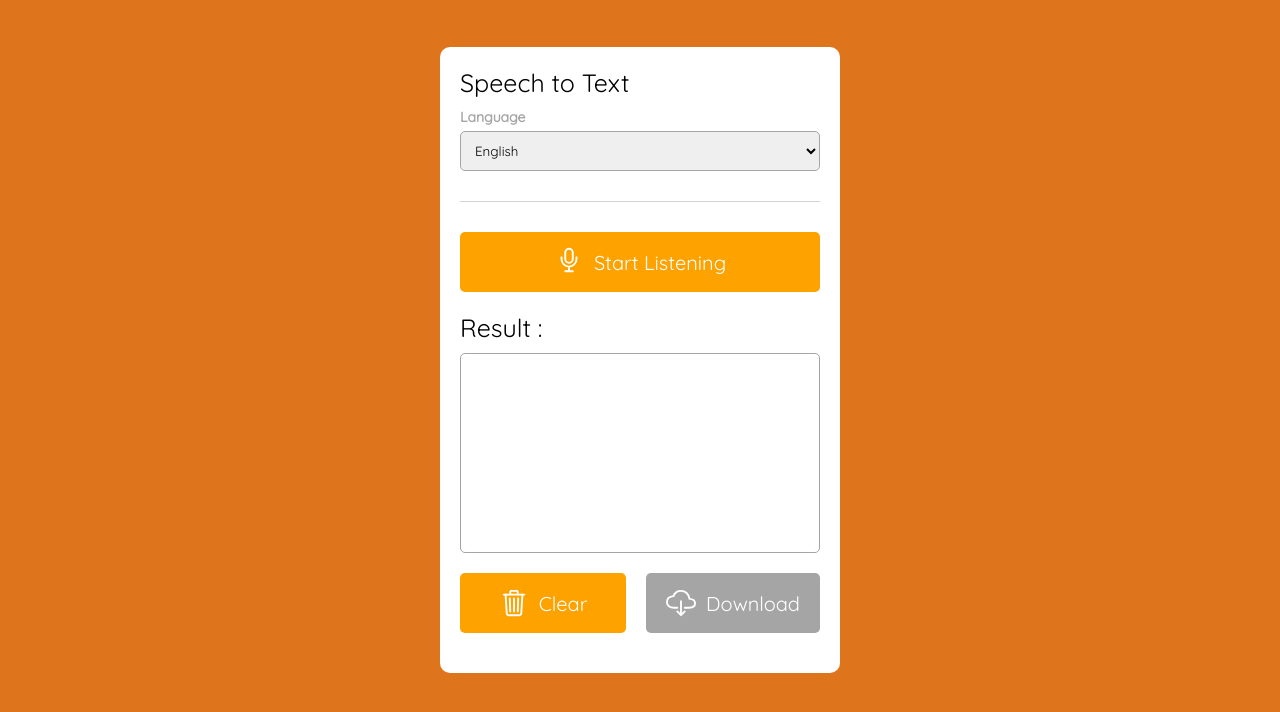
Repository: tsthuy/SpeechToText
Page: index.html
These files come from the project's save history. The page is drawn as it stood at one moment and after the next save; the edit follows.
The browser window is 1280 px wide. The pictures show the whole page.

Above is the page before, as saved 2023-08-28 03:18:01.

### index.html
<!DOCTYPE html>
<html lang="en">
  <head>
    <meta charset="UTF-8" />
    <meta http-equiv="X-UA-Compatible" content="IE=edge" />
    <meta name="viewport" content="width=device-width, initial-scale=1.0" />
    <link href="./images/text-to-speech.png" rel="shortcut icon" type="image/vnd.microsoft.icon" />
    <link rel="stylesheet" href="style.css" />
    <link href='https://fonts.googleapis.com/css?family=Quicksand' rel='stylesheet'>
    <title>Speech to Text</title>
  </head>
  <body>
    <div class="container">
      <p class="heading">Speech to Text</p>
      <div class="options">
        <div class="anguage">
          <p>Language</p>
          <select name="input-language" id="language"></select>
        </div>
      </div>
      <div class="line"></div>
      <button class="btn record">
        <div class="icon">
          <ion-icon name="mic-outline"></ion-icon>
          <img src="record.svg" alt="" />
        </div>
        <p>Start Listening</p>
      </button>
      <p class="heading">Result :</p>
      <div
        class="result"
        spellcheck="false"
        placeholder="Text will be shown here"
      >
        <p class="interim"></p>
      </div>
      <div class="buttons">
        <button class="btn clear">
          <ion-icon name="trash-outline"></ion-icon>
          <p>Clear</p>
        </button>
        <button class="btn download" disabled>
          <ion-icon name="cloud-download-outline"></ion-icon>
          <p>Download</p>
        </button>
      </div>
    </div>

    <!-- IONICONS -->
    <script
      type="module"
      src="https://unpkg.com/ionicons@5.5.2/dist/ionicons/ionicons.esm.js"
    ></script>
    <script
      nomodule
      src="https://unpkg.com/ionicons@5.5.2/dist/ionicons/ionicons.js"
    ></script>

    <!-- LANGUAGES -->
    <script src="languages.js"></script>

    <!-- SCRIPT -->
    <script src="script.js"></script>
  </body>
</html>

### style.css

:root {
  --primary-color: #FEA200;
  --bg-color: #fff;
  --text-color: #000;
  --light-text-color: #a5a5a5;
  --body-bg-color: #DE741C;
}
* {
  margin: 0;
  padding: 0;
  box-sizing: border-box;
  font-family: "Quicksand", sans-serif;
}
body {
  min-height: 100vh;
  display: flex;
  align-items: center;
  justify-content: center;
  background-color: var(--body-bg-color);
  color: var(--text-color);
}
.container {
  width: 400px;
  padding: 20px;
  border-radius: 10px;
  background-color: var(--bg-color);
}
.container .heading {
  font-size: 25px;
  font-weight: 500;
  margin-bottom: 10px;
}
.container .options select {
  width: 100%;
  padding: 10px;
  border: 1px solid var(--light-text-color);
  border-radius: 5px;
  outline: none;
}
.container .options div:not(:last-child) select {
  margin-bottom: 20px;
}

.container .options p {
  font-size: 14px;
  font-weight: 600;
  margin-bottom: 5px;
  color: var(--light-text-color);
}
.container .line {
  position: relative;
  width: 100%;
  height: 1px;
  background-color: var(--light-text-color);
  opacity: 0.5;
  margin: 30px 0;
}
.btn {
  display: flex;
  align-items: center;
  justify-content: center;
  gap: 10px;
  margin-bottom: 20px;
  height: 60px;
  padding: 20px;
  width: 100%;
  outline: none;
  border: none;
  border-radius: 5px;
  font-size: 20px;
  font-weight: 500;
  cursor: pointer;
  color: #fff;
  background-color: var(--primary-color);
}
.btn ion-icon {
  font-size: 30px;
}
.btn:disabled {
  background-color: var(--light-text-color);
  cursor: not-allowed;
}
.container .record img {
  width: 30px;
  height: 30px;
  display: none;
}
.container .record.recording img {
  display: block;
}
.container .record.recording ion-icon {
  display: none;
}
.container .result {
  width: 100%;
  min-height: 200px;
  padding: 10px;
  border: 1px solid var(--light-text-color);
  border-radius: 5px;
  font-size: 18px;
  font-weight: 500;
  margin-bottom: 20px;
  color: var(--text-color);
}
.container .result p {
  display: inline;
  margin-left: 3px;
  color: var(--light-text-color);
}
.buttons {
  display: flex;
  gap: 20px;
}

### languages.js
const languages = [
  {
    no: "16",
    name: "English",
    native: "English",
    code: "en",
  },
  {
    no: "1",
    name: "Afrikaans",
    native: "Afrikaans",
    code: "af",
  },
  {
    no: "2",
    name: "Albanian",
    native: "Shqip",
    code: "sq",
  },
  {
    no: "3",
    name: "Arabic",
    native: "عربي",
    code: "ar",
  },
  {
    no: "4",
    name: "Armenian",
    native: "Հայերէն",
    code: "hy",
  },
  {
    no: "5",
    name: "Azerbaijani",
    native: "آذربایجان دیلی",
    code: "az",
  },
  {
    no: "6",
    name: "Basque",
    native: "Euskara",
    code: "eu",
  },
  {
    no: "7",
    name: "Belarusian",
    native: "Беларуская",
    code: "be",
  },
  {
    no: "8",
    name: "Bulgarian",
    native: "Български",
    code: "bg",
  },
  {
    no: "9",
    name: "Catalan",
    native: "Català",
    code: "ca",
  },
  {
    no: "10",
    name: "Chinese (Simplified)",
    native: "中文简体",
    code: "zh-CN",
  },
  {
    no: "11",
    name: "Chinese (Traditional)",
    native: "中文繁體",
    code: "zh-TW",
  },
  {
    no: "12",
    name: "Croatian",
    native: "Hrvatski",
    code: "hr",
  },
  {
    no: "13",
    name: "Czech",
    native: "Čeština",
    code: "cs",
  },
  {
    no: "14",
    name: "Danish",
    native: "Dansk",
    code: "da",
  },
  {
    no: "15",
    name: "Dutch",
    native: "Nederlands",
    code: "nl",
  },
  {
    no: "17",
    name: "Estonian",
    native: "Eesti keel",
    code: "et",
  },
  {
    no: "18",
    name: "Filipino",
    native: "Filipino",
    code: "tl",
  },
  {
    no: "19",
    name: "Finnish",
    native: "Suomi",
    code: "fi",
  },
  {
    no: "20",
    name: "French",
    native: "Français",
    code: "fr",
  },
  {
    no: "21",
    name: "Galician",
    native: "Galego",
    code: "gl",
  },
  {
    no: "22",
    name: "Georgian",
    native: "ქართული",
    code: "ka",
  },
  {
    no: "23",
    name: "German",
    native: "Deutsch",
    code: "de",
  },
  {
    no: "24",
    name: "Greek",
    native: "Ελληνικά",
    code: "el",
  },
  {
    no: "25",
    name: "Haitian Creole",
    native: "Kreyòl ayisyen",
    code: "ht",
  },
  {
    no: "26",
    name: "Hebrew",
    native: "עברית",
    code: "iw",
  },
  {
    no: "27",
    name: "Hindi",
    native: "हिन्दी",
    code: "hi",
  },
  {
    no: "28",
    name: "Hungarian",
    native: "Magyar",
    code: "hu",
  },
  {
    no: "29",
    name: "Icelandic",
    native: "Íslenska",
    code: "is",
  },
  {
    no: "30",
    name: "Indonesian",
    native: "Bahasa Indonesia",
    code: "id",
  },
  {
    no: "31",
    name: "Irish",
    native: "Gaeilge",
    code: "ga",
  },
  {
    no: "32",
    name: "Italian",
    native: "Italiano",
    code: "it",
  },
  {
    no: "33",
    name: "Japanese",
    native: "日本語",
    code: "ja",
  },
  {
    no: "34",
    name: "Korean",
    native: "한국어",
    code: "ko",
  },
  {
    no: "35",
    name: "Latvian",
    native: "Latviešu",
    code: "lv",
  },
  {
    no: "36",
    name: "Lithuanian",
    native: "Lietuvių kalba",
    code: "lt",
  },
  {
    no: "37",
    name: "Macedonian",
    native: "Македонски",
    code: "mk",
  },
  {
    no: "38",
    name: "Malay",
    native: "Malay",
    code: "ms",
  },
  {
    no: "39",
    name: "Maltese",
    native: "Malti",
    code: "mt",
  },
  {
    no: "40",
    name: "Norwegian",
    native: "Norsk",
    code: "no",
  },
  {
    no: "41",
    name: "Persian",
    native: "فارسی",
    code: "fa",
  },
  {
    no: "42",
    name: "Polish",
    native: "Polski",
    code: "pl",
  },
  {
    no: "43",
    name: "Portuguese",
    native: "Português",
    code: "pt",
  },
  {
    no: "44",
    name: "Romanian",
    native: "Română",
    code: "ro",
  },
  {
    no: "45",
    name: "Russian",
    native: "Русский",
    code: "ru",
  },
  {
    no: "46",
    name: "Serbian",
    native: "Српски",
    code: "sr",
  },
  {
    no: "47",
    name: "Slovak",
    native: "Slovenčina",
    code: "sk",
  },
  {
    no: "48",
    name: "Slovenian",
    native: "Slovensko",
    code: "sl",
  },
  {
    no: "49",
    name: "Spanish",
    native: "Español",
    code: "es",
  },
  {
    no: "50",
    name: "Swahili",
    native: "Kiswahili",
    code: "sw",
  },
  {
    no: "51",
    name: "Swedish",
    native: "Svenska",
    code: "sv",
  },
  {
    no: "52",
    name: "Thai",
    native: "ไทย",
    code: "th",
  },
  {
    no: "53",
    name: "Turkish",
    native: "Türkçe",
    code: "tr",
  },
  {
    no: "54",
    name: "Ukrainian",
    native: "Українська",
    code: "uk",
  },
  {
    no: "55",
    name: "Urdu",
    native: "اردو",
    code: "ur",
  },
  {
    no: "56",
    name: "Vietnamese",
    native: "Tiếng Việt",
    code: "vi",
  },
  {
    no: "57",
    name: "Welsh",
    native: "Cymraeg",
    code: "cy",
  },
  {
    no: "58",
    name: "Yiddish",
    native: "ייִדיש",
    code: "yi",
  },
];

### script.js
const recordBtn = document.querySelector(".record"),
  result = document.querySelector(".result"),
  downloadBtn = document.querySelector(".download"),
  inputLanguage = document.querySelector("#language"),
  clearBtn = document.querySelector(".clear");

let SpeechRecognition =
    window.SpeechRecognition || window.webkitSpeechRecognition,
  recognition,
  recording = false;

function populateLanguages() {
  languages.forEach((lang) => {
    const option = document.createElement("option");
    option.value = lang.code;
    option.innerHTML = lang.name;
    inputLanguage.appendChild(option);
  });
}

populateLanguages();

function speechToText() {
  try {
    recognition = new SpeechRecognition();
    recognition.lang = inputLanguage.value;
    recognition.interimResults = true;
    recordBtn.classList.add("recording");
    recordBtn.querySelector("p").innerHTML = "Listening...";
    recognition.start();
    recognition.onresult = (event) => {
      const speechResult = event.results[0][0].transcript;
      //detect when intrim results
      if (event.results[0].isFinal) {
        result.innerHTML += " " + speechResult;
        result.querySelector("p").remove();
      } else {
        //creative p with class interim if not already there
        if (!document.querySelector(".interim")) {
          const interim = document.createElement("p");
          interim.classList.add("interim");
          result.appendChild(interim);
        }
        //update the interim p with the speech result
        document.querySelector(".interim").innerHTML = " " + speechResult;
      }
      downloadBtn.disabled = false;
    };
    recognition.onspeechend = () => {
      speechToText();
    };
    recognition.onerror = (event) => {
      stopRecording();
      if (event.error === "no-speech") {
        alert("No speech was detected. Stopping...");
      } else if (event.error === "audio-capture") {
        alert(
          "No microphone was found. Ensure that a microphone is installed."
        );
      } else if (event.error === "not-allowed") {
        alert("Permission to use microphone is blocked.");
      } else if (event.error === "aborted") {
        alert("Listening Stopped.");
      } else {
        alert("Error occurred in recognition: " + event.error);
      }
    };
  } catch (error) {
    recording = false;

    console.log(error);
  }
}

recordBtn.addEventListener("click", () => {
  if (!recording) {
    speechToText();
    recording = true;
  } else {
    stopRecording();
  }
});

function stopRecording() {
  recognition.stop();
  recordBtn.querySelector("p").innerHTML = "Start Listening";
  recordBtn.classList.remove("recording");
  recording = false;
}

function download() {
  const text = result.innerText;
  const filename = "speech.txt";

  const element = document.createElement("a");
  element.setAttribute(
    "href",
    "data:text/plain;charset=utf-8," + encodeURIComponent(text)
  );
  element.setAttribute("download", filename);
  element.style.display = "none";
  document.body.appendChild(element);
  element.click();
  document.body.removeChild(element);
}

downloadBtn.addEventListener("click", download);

clearBtn.addEventListener("click", () => {
  result.innerHTML = "";
  downloadBtn.disabled = true;
});

After the next save:
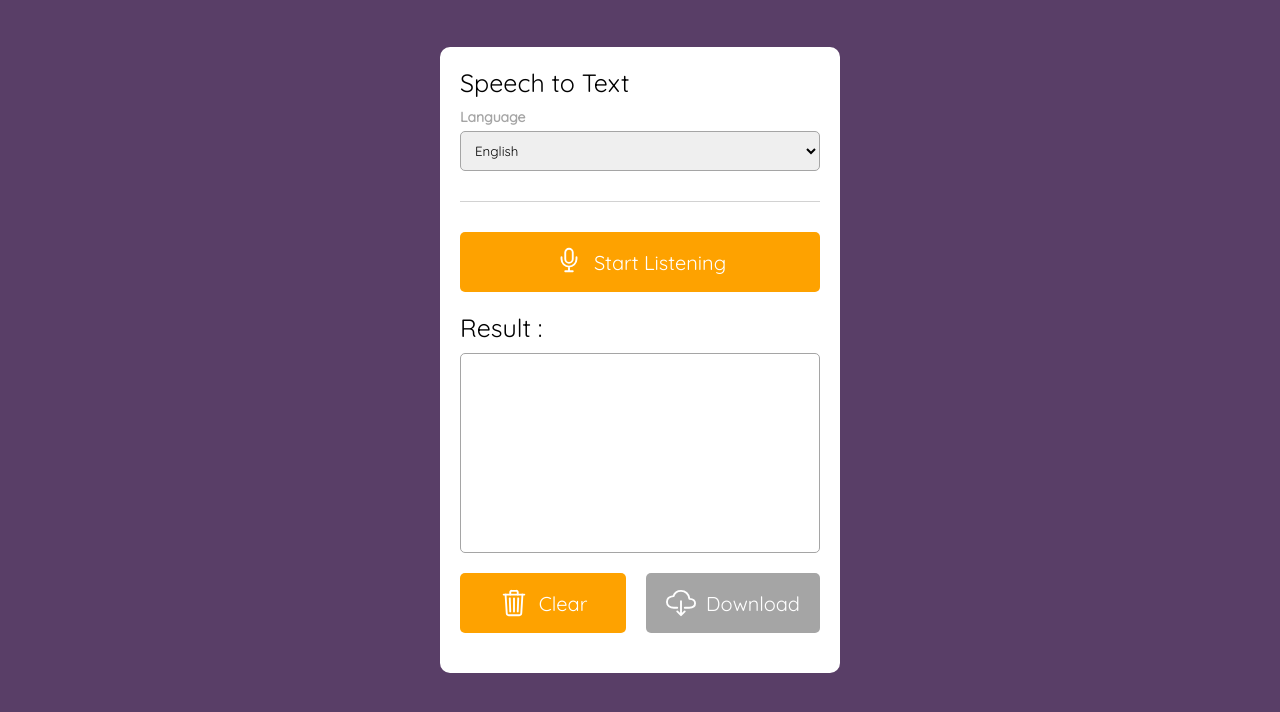
Saved 24 s later.
--- a/style.css
+++ b/style.css
@@ -4,7 +4,7 @@
   --bg-color: #fff;
   --text-color: #000;
   --light-text-color: #a5a5a5;
-  --body-bg-color: #DE741C;
+  --body-bg-color: #593E67;
 }
 * {
   margin: 0;
